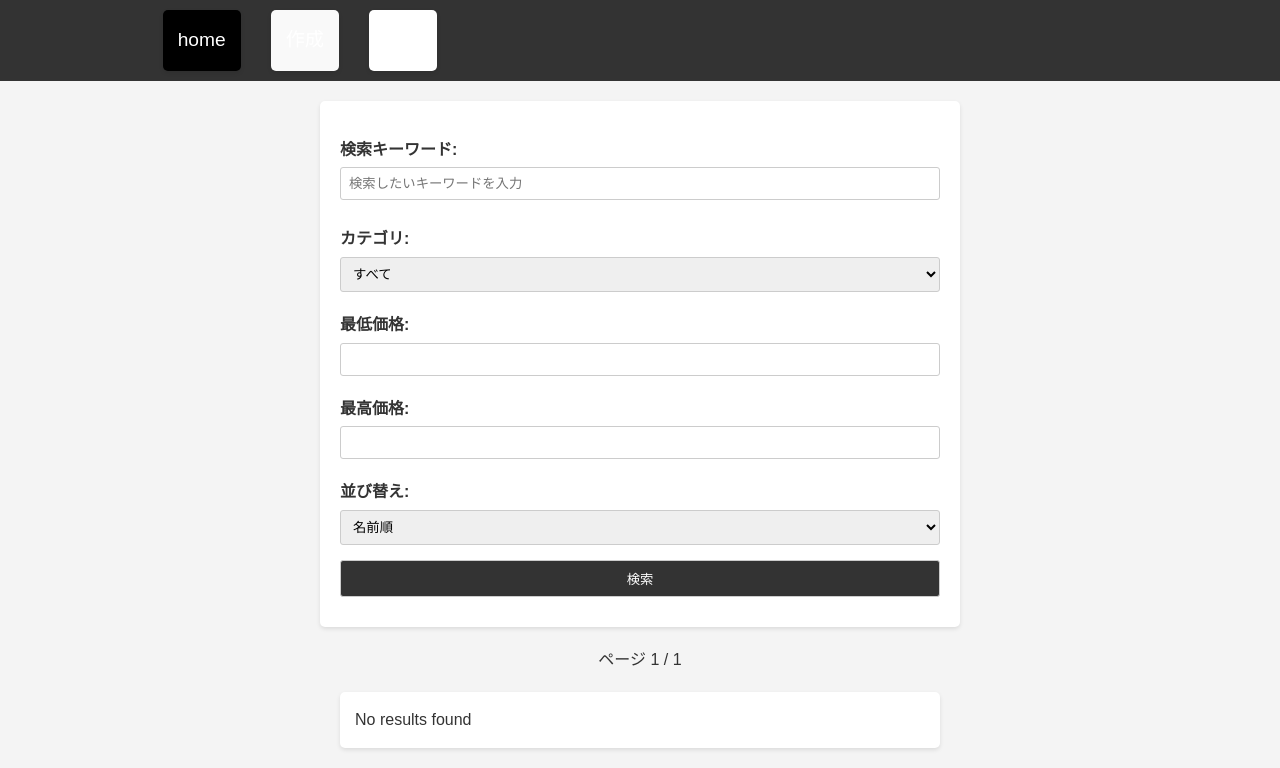
Repository: mamesuke7274/2024_kouki_kuwayamasyoutarou
Page: http://localhost/
An editor plug-in stored every save of this project. The page is shown before and after a run of saves, followed by the edit.
The browser window is 1280 px wide. The pictures show the whole page.
The pointer rests on the first visible `.nav`.
The page is served by the project's application, run on Django 4.2 (manage.py). Other server files are loaded and not shown. Queries for data that is not in the repository find no rows.

Above is the page before, as saved 2024-10-23 14:41:27.

### search_app/views.py
from django.shortcuts import render, get_object_or_404, redirect
from .models import Product, Category
from .forms import ProductForm, SearchForm
from django.core.paginator import Paginator

def product_create(request):
    if request.method == 'POST':
        form = ProductForm(request.POST)
        if form.is_valid():
            form.save()
            return redirect('product_list')
    else:
        form = ProductForm()
    return render(request, 'product_form.html', {'form': form})

def product_detail(request, pk):
    product = get_object_or_404(Product, pk=pk)

    return render(request, 'product_detail.html', {'product': product})

def product_update(request, pk):
    product = get_object_or_404(Product, pk=pk)
    if request.method == 'POST':
        form = ProductForm(request.POST, instance=product)
        if form.is_valid():
            form.save()
            return redirect('product_detail', pk=product.pk)
    else:
        form = ProductForm(instance=product)
    # product オブジェクトをテンプレートに渡す
    return  render(request,  'product_form.html',  {'form':  form,  'product': product})

def product_delete(request, pk):
    product = get_object_or_404(Product, pk=pk)
    if request.method == 'POST':
        product.delete()
        return redirect('product_list')
    return render(request, 'product_confirm_delete.html', {'product': product})

def product_list(request):
    products = Product.objects.all()
    print(products)
    return render(request, 'product_list.html', {'products': products})

def search_view(request):
    form = SearchForm(request.GET or None)
    results = Product.objects.all()  # クエリセットの初期化
    if form.is_valid():
        query = form.cleaned_data['query']
        if query:
            results = results.filter(name__icontains=query)
    # カテゴリフィルタリング
    category_name = request.GET.get('category')
    if category_name:
        try:
            # カテゴリ名に基づいてカテゴリIDを取得
            category = Category.objects.get(name=category_name)
            results = results.filter(category_id=category.id)
        except Category.DoesNotExist:
            results = results.none() # 存在しないカテゴリの場合、結果を空にする
            category = None

    # 価格のフィルタリング（最低価格・最高価格）
    min_price = request.GET.get('min_price')
    max_price = request.GET.get('max_price')
    if min_price:
        results = results.filter(price__gte=min_price)
    if max_price:
        results = results.filter(price__lte=max_price)

    # 並び替え処理
    sort_by = request.GET.get('sort', 'name')
    if sort_by == 'price_asc':
        results = results.order_by('price')
    elif sort_by == 'price_desc':
        results = results.order_by('-price')

    # クエリセットをリストに変換せず、直接Paginatorに渡す
    paginator = Paginator(results, 10)
    page_number = request.GET.get('page')
    page_obj = paginator.get_page(page_number)

    return render(request, 'search.html', {'form': form, 'page_obj': page_obj, 'results': results})

### search_app/templatetags/custom_filters.py
from django import template

register = template.Library()

@register.filter
def to(value):
    try:
        return range(1, value + 1)
    except TypeError:
        return []

### search_app/templates/search.html
<!DOCTYPE html>
<html lang="en">

<head>
    <meta charset="UTF-8">
    <meta name="viewport" content="width=device-width, initial-scale=1.0">
    <title>search_app</title>
</head>

<body>
    <style>
        /* 全体の基本スタイル */
        body {
            font-family: Arial, sans-serif;
            line-height: 1.6;
            margin: 0;
            padding: 0;
            background-color: #f4f4f4;
            color: #333;
        }

        header {
            background-color: #333;
            color: #fff;
            padding: 10px 0;
        }

        nav ul {
            list-style: none;
            padding: 0;
            display: flex;
            justify-content: center;
            margin: 0;
        }

        nav ul li {
            margin: 0 15px;
        }

        nav ul li a {
            color: #fff;
            text-decoration: none;
            font-size: 1.2em;
            transition: color 0.3s;
        }

        nav ul li a:hover {
            color: #ddd;
        }

        /* フォームスタイル */
        form {
            background: #fff;
            padding: 20px;
            margin: 20px auto;
            max-width: 600px;
            border-radius: 5px;
            box-shadow: 0 2px 4px rgba(0, 0, 0, 0.1);
        }

        form label {
            display: block;
            margin-top: 10px;
            font-weight: bold;
        }

        form input,
        form select,
        form button {
            width: 100%;
            padding: 8px;
            margin-top: 5px;
            margin-bottom: 10px;
            border: 1px solid #ccc;
            border-radius: 3px;
            box-sizing: border-box;
        }

        form button {
            background-color: #333;
            color: #fff;
            cursor: pointer;
            transition: background-color 0.3s;
        }

        form button:hover {
            background-color: #555;
        }

        /* ページネーションスタイル */
        .pagination {
            text-align: center;
            margin: 20px 0;
        }

        .pagination a {
            text-decoration: none;
            color: #333;
            margin: 0 5px;
            padding: 5px 10px;
            border: 1px solid #333;
            border-radius: 3px;
            transition: background-color 0.3s, color 0.3s;
        }

        .pagination a:hover {
            background-color: #333;
            color: #fff;
        }

        .pagination span {
            display: inline-block;
            margin: 0 5px;
        }

        /* 商品リストスタイル */
        ul {
            list-style: none;
            padding: 0;
            max-width: 600px;
            margin: 20px auto;
        }

        ul li {
            background: #fff;
            margin-bottom: 10px;
            padding: 15px;
            border-radius: 5px;
            box-shadow: 0 2px 4px rgba(0, 0, 0, 0.1);
        }

        ul li:nth-child(even) {
            background-color: #f9f9f9;
        }

        ul li:hover {
            background-color: #f0f0f0;
        }

        .nav:hover {
            background-color: #000;
        }
    </style>
    <header>
        <nav>
            <ul>
                <li class="nav"><a href="{% url 'search_view' %}">home</a></li>
                <li class="nav"><a href="{% url 'product_create' %}">作成</a></li>
                <li class="nav"><a href="{% url 'product_list' %}">一覧</a></li>
            </ul>
        </nav>
    </header>
    <form method="get">
        {{ form.as_p }}
        <label for="category">カテゴリ:</label>
        <select name="category">
            <option value="">すべて</option>
            <option value="プログラミング">本</option>
            <option value="電子機器">電子機器</option>
        </select>
        <label for="min_price">最低価格:</label>
        <input type="number" name="min_price" min="0">
        <label for="max_price">最高価格:</label>
        <input type="number" name="max_price" min="0">
        <!-- 並び替えの選択 -->
        <label for="sort">並び替え:</label>
        <select name="sort">
            <option value="name">名前順</option>
            <option value="price_asc">価格が安い順</option>
            <option value="price_desc">価格が高い順</option>
        </select>
        <button type="submit">検索</button>
    </form>
    <div class="pagination">
        <span class="step-links">
            {% if page_obj.has_previous %}
            <a href="?page=1">最初</a>
            <a href="?page={{ page_obj.previous_page_number }}">前へ</a>
            {% endif %}

            <span>ページ {{ page_obj.number }} /
                {{ page_obj.paginator.num_pages }}</span>

            {% if page_obj.has_next %}
            <a href="?page={{ page_obj.next_page_number }}">次へ</a>
            <a href="?page={{ page_obj.paginator.num_pages }}">最後</a>
            {% endif %}
        </span>
    </div>
    <ul>
        {% for product in page_obj %}
        <li>{{ product.name }} - {{ product.price }}</li>
        {% empty %}
        <li>No results found</li>
        {% endfor %}
    </ul>



</body>

</html>

### search_app/forms.py
from django import forms
from .models import Product

class SearchForm(forms.Form):
    query = forms.CharField(
        label='検索キーワード',
        max_length=100,
        required=False,
        widget=forms.TextInput(attrs={'placeholder': '検索したいキーワードを入力'})
    )

class ProductForm(forms.ModelForm):
    class Meta:
        model = Product
        fields = ['name', 'description', 'price', 'category']

### search_project/urls.py
from django.contrib import admin
from django.urls import path,include

urlpatterns = [
    path('admin/', admin.site.urls),
    path('', include('search_app.urls')),
]

### search_app/urls.py
from django.urls import path
from . import views
urlpatterns = [
    path('', views.search_view, name='search'),
    path('search/', views.search_view, name='search_view'),
    path('product/new/', views.product_create, name='product_create'),
    path('product/<int:pk>/', views.product_detail, name='product_detail'),
    path('product/<int:pk>/edit/',  views.product_update, name='product_update'),
    path('product/<int:pk>/delete',  views.product_delete, name='product_delete'),
    path('product/', views.product_list, name='product_list'),
]

After the next 2 saves:
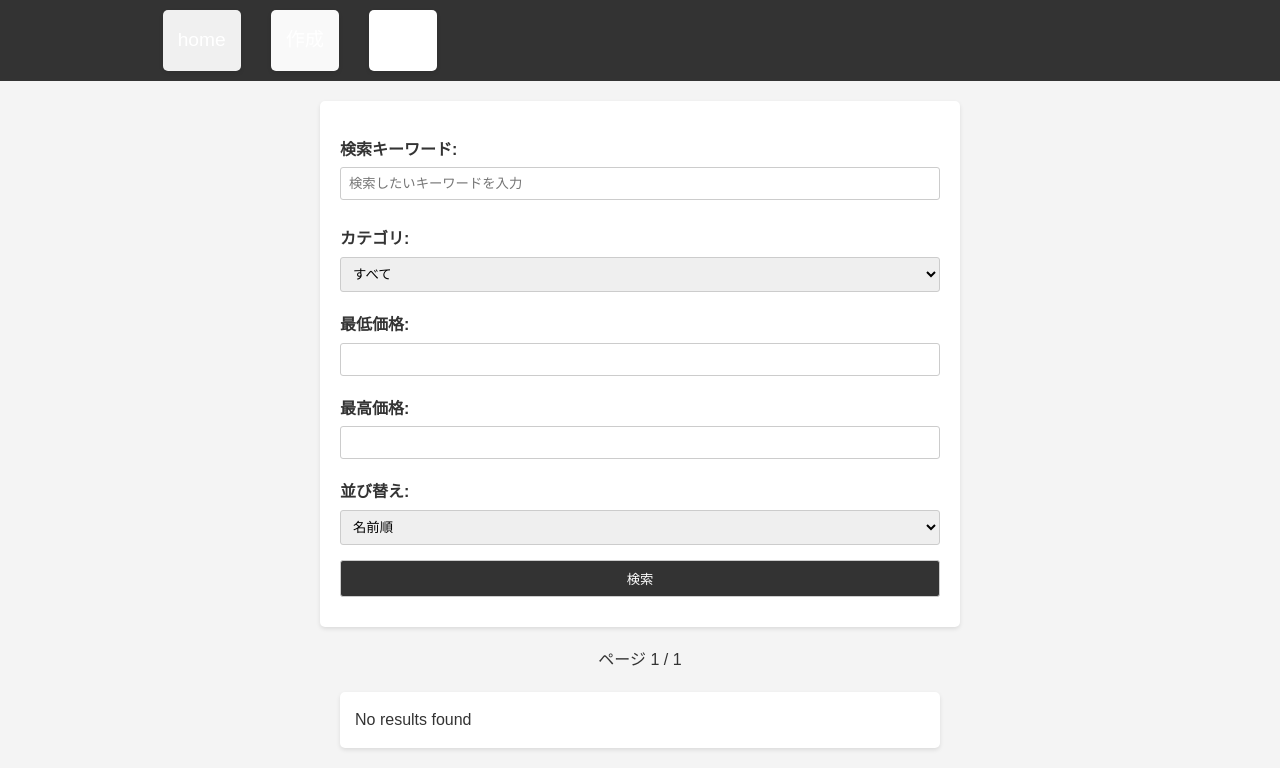
The 2 saves are shown as one change because they came seconds apart.
The last was saved 9 s later.
--- a/search_app/templates/search.html
+++ b/search_app/templates/search.html
@@ -138,7 +138,7 @@
         }
 
         .nav:hover {
-            background-color: #000;
+            background-color: #f0f0f0;
         }
     </style>
     <header>
